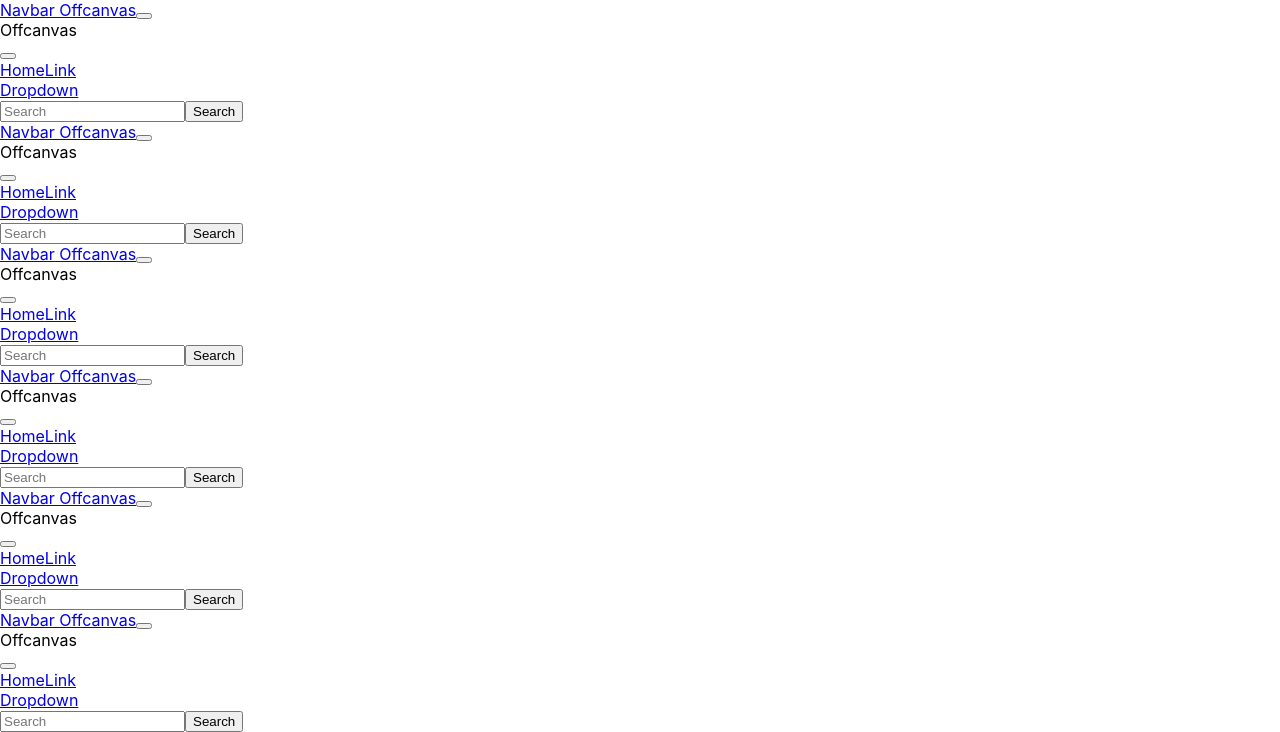
Repository: shikubro90/Shopifal
Page: /
An editor plug-in stored every save of this project. The page is shown before and after the next save, followed by the edit.
The browser window is 1280 px wide. The pictures show the whole page.
The project was rebuilt for these pictures with package versions that can differ from the ones it lists, and the page was loaded fresh each time.

Above is the page before, as saved 2022-05-19 01:53:53.

After the next save:
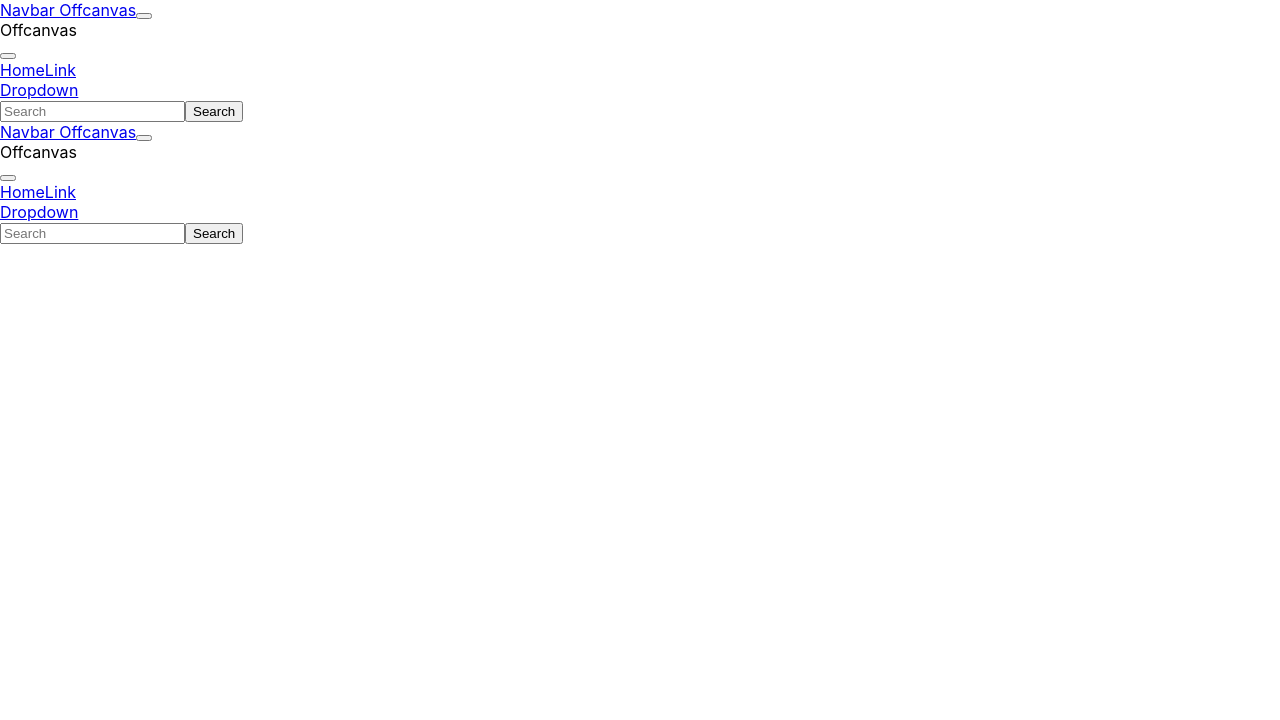
Saved 15 s later.
--- a/src/components/Shopifal/snippet/Header.jsx
+++ b/src/components/Shopifal/snippet/Header.jsx
@@ -7,7 +7,7 @@ const Header = () => {
 
     return (
         <>
-  {[false, 'sm', 'md', 'lg', 'xl', 'xxl'].map((expand) => (
+  {[false, 'sm'].map((expand) => (
     <Navbar key={expand} bg="light" expand={expand} className="mb-3">
       <Container fluid>
         <Navbar.Brand href="#">Navbar Offcanvas</Navbar.Brand>
